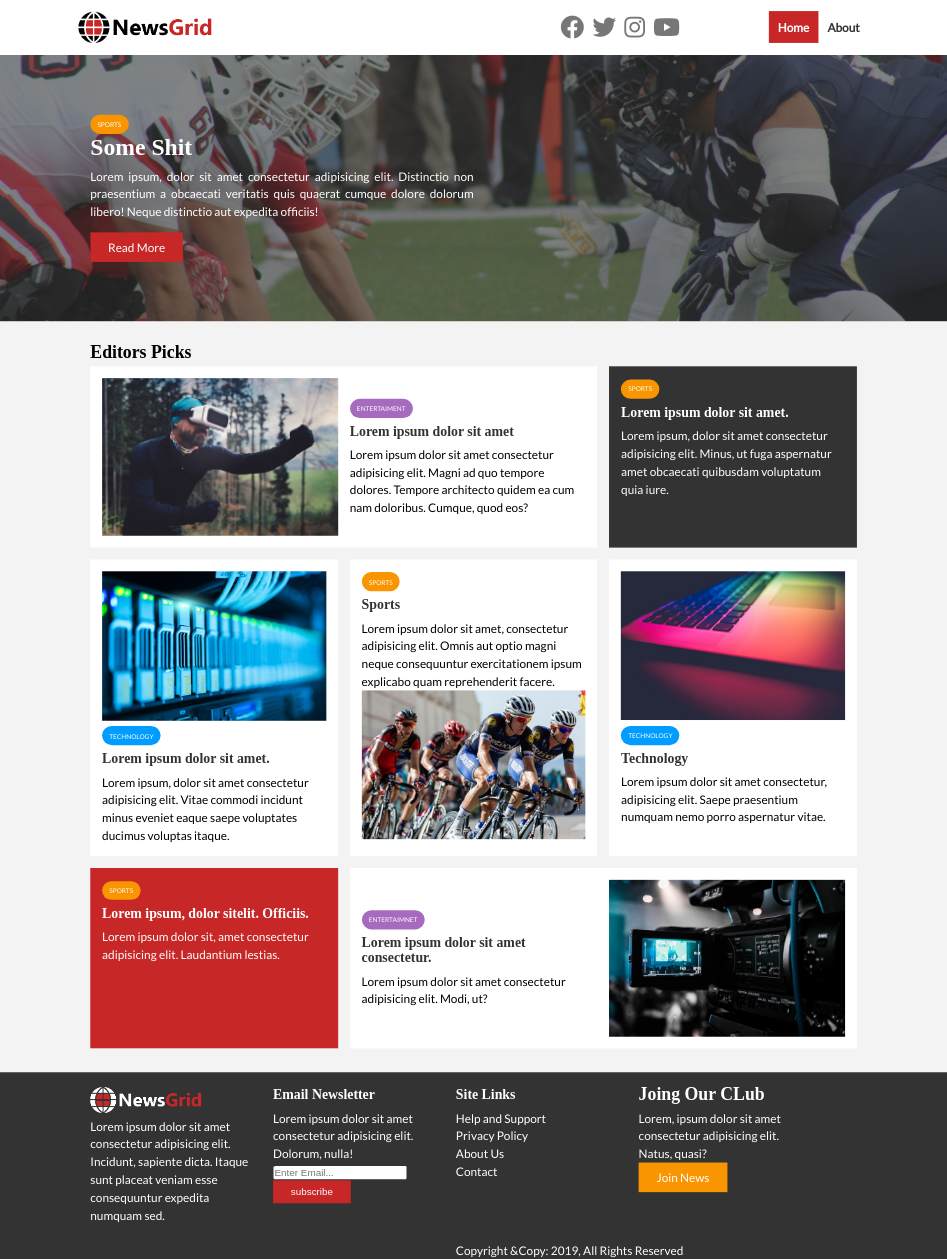
Repository: EswinGiova/NewsGrid
Page: index.html
An editor plug-in stored every save of this project. The page is shown before and after the next save, followed by the edit.
The browser window is 1280 px wide. The pictures show the whole page, at 74% of full size.
Some web libraries are served in a nearby version.

Above is the page before, as saved 2020-09-20 15:50:59.

### index.html
<!DOCTYPE html>
<html lang="en">
  <head>
    <meta charset="UTF-8" />
    <meta name="viewport" content="width=device-width, initial-scale=1.0" />
    <link rel="shortcut icon" type="image/x-icon" href="favicon.ico" />
    <link
      href="https://fonts.googleapis.com/css2?family=Lato&family=Staatliches&display=swap"
      rel="stylesheet"
    />
    <link rel="stylesheet" href="./css/style.css" />
    <link
      rel="stylesheet"
      media="screen and (max-width: 768px)"
      href="./css/mobile.css"
    />

    <link
      rel="stylesheet"
      href="https://cdnjs.cloudflare.com/ajax/libs/font-awesome/5.14.0/css/all.min.css"
      integrity="sha512-1PKOgIY59xJ8Co8+NE6FZ+LOAZKjy+KY8iq0G4B3CyeY6wYHN3yt9PW0XpSriVlkMXe40PTKnXrLnZ9+fkDaog=="
      crossorigin="anonymous"
    />

    <title>NewsGrid | Latest News</title>
  </head>
  <body>
    <nav id="main-nav">
      <div class="container">
        <img src="./image_resources/logo.png" alt="" class="logo" />
        <div class="social">
          <a href="#" target="_blank"><i class="fab fa-facebook fa-2x"></i></a>
          <a href="#" target="_blank"><i class="fab fa-twitter fa-2x"></i></a>
          <a href="#" target="_blank"><i class="fab fa-instagram fa-2x"></i></a>
          <a href="#" target="_blank"><i class="fab fa-youtube fa-2x"></i></a>
        </div>
        <ul>
          <li><a href="#" class="current">Home</a></li>
          <li><a href="#">About </a></li>
        </ul>
      </div>
    </nav>

    <header id="showcase">
      <div class="container">
        <div class="showcase-container">
          <div class="showcase-content">
            <div class="category category-sports">Sports</div>
            <h1>Some Shit</h1>
            <p>
              Lorem ipsum, dolor sit amet consectetur adipisicing elit.
              Distinctio non praesentium a obcaecati veritatis quis quaerat
              cumque dolore dolorum libero! Neque distinctio aut expedita
              officiis!
            </p>
            <a href="./article.html" class="btn btn-primary">Read More </a>
          </div>
        </div>
      </div>
    </header>
    <!-- Hombe articles -->

    <section id="home-articles" class="py-2">
      <div class="container">
        <h2>Editors Picks</h2>
        <div class="articles-container">
          <article class="card">
            <img src="./image_resources/articles/ent1.jpg" alt="" />
            <div>
              <div class="category category-ent">Entertaiment</div>
              <h3>
                <a href="./article.html">Lorem ipsum dolor sit amet</a>
              </h3>
              <p>
                Lorem ipsum dolor sit amet consectetur adipisicing elit. Magni
                ad quo tempore dolores. Tempore architecto quidem ea cum nam
                doloribus. Cumque, quod eos?
              </p>
            </div>
          </article>
          <article class="card bg-dark">
            <div class="category category-sports">Sports</div>
            <h3>
              <a href="./article.html">Lorem ipsum dolor sit amet.</a>
            </h3>
            <p>
              Lorem ipsum, dolor sit amet consectetur adipisicing elit. Minus,
              ut fuga aspernatur amet obcaecati quibusdam voluptatum quia iure.
            </p>
          </article>

          <article class="card">
            <img src="./image_resources/articles/tech1.jpg" alt="" />
            <div class="category category-tech">Technology</div>
            <h3><a href="./article.html">Lorem ipsum dolor sit amet.</a></h3>
            <p>
              Lorem ipsum, dolor sit amet consectetur adipisicing elit. Vitae
              commodi incidunt minus eveniet eaque saepe voluptates ducimus
              voluptas itaque.
            </p>
          </article>

          <article class="card">
            <div class="category category-sports">Sports</div>
            <h3>
              <a href="./article.html">Sports</a>
            </h3>
            <p>
              Lorem ipsum dolor sit amet, consectetur adipisicing elit. Omnis
              aut optio magni neque consequuntur exercitationem ipsum explicabo
              quam reprehenderit facere.
            </p>
            <img src="./image_resources/articles/sports1.jpg" alt="" />
          </article>

          <article class="card">
            <img src="./image_resources/articles/tech2.jpg" alt="" />
            <div class="category category-tech">Technology</div>
            <h3><a href="./article.html">Technology</a></h3>
            <p>
              Lorem ipsum dolor sit amet consectetur, adipisicing elit. Saepe
              praesentium numquam nemo porro aspernatur vitae.
            </p>
          </article>
          <article class="card bg-primary">
            <div class="category category-sports">Sports</div>
            <h3>
              <a href="./article.html">Lorem ipsum, dolor sitelit. Officiis.</a>
            </h3>
            <p>
              Lorem ipsum dolor sit, amet consectetur adipisicing elit.
              Laudantium lestias.
            </p>
          </article>

          <article class="card">
            <div>
              <div class="category category-ent">Entertaimnet</div>
              <h3>
                <a href="./article.html"
                  >Lorem ipsum dolor sit amet consectetur.</a
                >
              </h3>
              <p>
                Lorem ipsum dolor sit amet consectetur adipisicing elit. Modi,
                ut?
              </p>
            </div>
            <img src="./image_resources/articles/ent2.jpg" alt="" />
          </article>
        </div>
      </div>
    </section>
    <footer id="main-footer">
      <div class="container footer-container">
        <div>
          <img src="./image_resources/logo_light.png" alt="news" />
          <p>
            Lorem ipsum dolor sit amet consectetur adipisicing elit. Incidunt,
            sapiente dicta. Itaque sunt placeat veniam esse consequuntur
            expedita numquam sed.
          </p>
        </div>
        <div>
          <h3>Email Newsletter</h3>
          <p>
            Lorem ipsum dolor sit amet consectetur adipisicing elit. Dolorum,
            nulla!
          </p>
          <form>
            <input type="email" placeholder="Enter Email..." />
            <input type="submit" value="subscribe" class="btn btn-primary" />
          </form>
        </div>
        <div>
          <h3>Site Links</h3>
          <ul class="list">
            <li><a href="#">Help and Support</a></li>
            <li><a href="#">Privacy Policy</a></li>
            <li><a href="#">About Us</a></li>
            <li><a href="#">Contact</a></li>
          </ul>
        </div>
        <div>
          <h2>Joing Our CLub</h2>
          <p>
            Lorem, ipsum dolor sit amet consectetur adipisicing elit. Natus,
            quasi?
          </p>
          <a href="#" class="btn btn-secondary">Join News</a>
        </div>
        <div>
          <p>Copyright &Copy: 2019, All Rights Reserved</p>
        </div>
      </div>
    </footer>
  </body>
</html>

### css/style.css
:root {
  --primary-color: #c72727;
  --secondary-color: #f99500;
  --light-color: #f3f3f3;
  --dark-color: #333;
  --max-width: 1100px;
}

.category {
  --sports-color: #f99500;
  --ent-color: #a66bbe;
  --tech-color: #009cff;
}
* {
  margin: 0;
  padding: 0;
  box-sizing: border-box;
}
body {
  font-family: 'Lato', sans-serif;
  line-height: 1.5;
  background: var(--light-color);
}

a {
  color: var(--dark-color);
  text-decoration: none;
}

ul {
  list-style: none;
}

img {
  width: 100%;
}

h1,
h2,
h3,
h4,
h5,
h6 {
  font-family: 'Staaliches', cursive;
  margin-bottom: 0.55rem;
  line-height: 1.3rem;
}

/*  utility class */

.container {
  max-width: var(--max-width);
  margin: auto;
  padding: 0 2rem;
  overflow: hidden;
}

/* category */

.category {
  display: inline-block;
  color: #fff;
  font-size: 0.55rem;
  text-transform: uppercase;
  padding: 0.4rem 0.6rem;
  border-radius: 15px;
  margin-bottom: 0.5rem;
}

.category-sports {
  background: var(--sports-color);
}
.category-ent {
  background: var(--ent-color);
}
.category-tech {
  background: var(--tech-color);
}

/* btn */

.btn {
  display: inline-block;
  border: none;
  background: var(--dark-color);
  color: #fff;
  padding: 0.5rem 1.5rem;
}

.btn-light {
  background: var(--light-color);
}
.btn-primary {
  background: var(--primary-color);
}
.btn-secondary {
  background: var(--secondary-color);
}
.btn:hover {
  opacity: 0.8;
}

.btn-block {
  display: block;
  width: 100%;
  text-align: center;
}

/* cards */

.card {
  background: white;
  padding: 1rem;
}

.bg-dark {
  background: var(--dark-color);
  color: white;
}
.bg-primary {
  background: var(--primary-color);
  color: white;
}
.bg-secondary {
  background: var(--secondary-color);
  color: #fff;
}
.py-1 {
  padding: 1.5rem 0;
}
.py-2 {
  padding: 2rem 0;
}
.py-3 {
  padding: 3rem 0;
}
.p-1 {
  padding: 1.5rem;
}
.p-2 {
  padding: 2rem;
}
.p-3 {
  padding: 3rem;
}

.bg-dark h1,
.bg-dark h2,
.bg-dark h3,
.bg-dark a,
.bg-primary h1,
.bg-primary h2,
.bg-primary h3,
.bg-primary a,
.bg-secondary h1,
.bg-secondary h2,
.bg-secondary h3,
.bg-secondary a {
  color: #fff;
}

/* Navigation */
#main-nav {
  background: #fff;
  position: sticky;
  top: 0;
  z-index: 2;
}

#main-nav .container {
  display: grid;
  grid-template-columns: 6fr 3fr 2fr;
  padding: 1rem;
  align-items: center;
}

#main-nav .logo {
  width: 180px;
}

#main-nav ul {
  display: flex;
  justify-self: end;
}

#main-nav ul li a {
  padding: 0.77rem;
  font-weight: bold;
}

#main-nav ul li .current {
  background: var(--primary-color);
  color: white;
}

#main-nav ul li .current:hover {
  background: var(--light-color);
  color: var(--dark-color);
}
#main-nav .social {
  justify-self: center;
}

#main-nav .social i {
  color: #777;
  margin-left: 0.5rem;
}

/* showcase */
#showcase {
  background: #333;
  color: #fff;
  position: relative;
}

#showcase:before {
  content: '';
  background: url('../image_resources/featured.jpg') center center/cover;
  position: absolute;
  top: 0;
  left: 0;
  width: 100%;
  height: 100%;
  opacity: 0.4;
}
#showcase .showcase-container {
  height: 50vh;
  display: grid;
  grid-template-columns: repeat(2, 1fr);
  justify-content: center;
  align-content: center;
}
#showcase .showcase-container .showcase-content {
  z-index: 2;
  text-align: justify;
}
#showcase .showcase-container .showcase-content p {
  margin: 1rem 0;
}
/* Home Articles  */

#home-articles .articles-container {
  display: grid;
  grid-template-columns: repeat(3, 1fr);
  grid-gap: 1rem;
}

#home-articles .articles-container > *:first-child,
#home-articles .articles-container > *:last-child {
  display: grid;
  grid-template-columns: repeat(2, 1fr);
  grid-column: 1 / span 2;
  grid-gap: 1rem;
  align-items: center;
}
#home-articles .articles-container > *:last-child {
  grid-column: 2 / span 2;
}

/* footer */
#main-footer {
  background: var(--dark-color);
  color: #fff;
}

#main-footer img {
  width: 150px;
}

#main-footer a {
  color: #fff;
}

#main-footer .footer-container {
  display: grid;
  grid-template-columns: repeat(4, 1fr);
  grid-gap: 1.5rem;
  padding-top: 20px;
}

#main-footer .footer-container > *:last-child {
  grid-column: 3 / span 5;
}

Loaded but not shown: css/mobile.css (no copy from this time; the picture is the same without it)

After the next save:
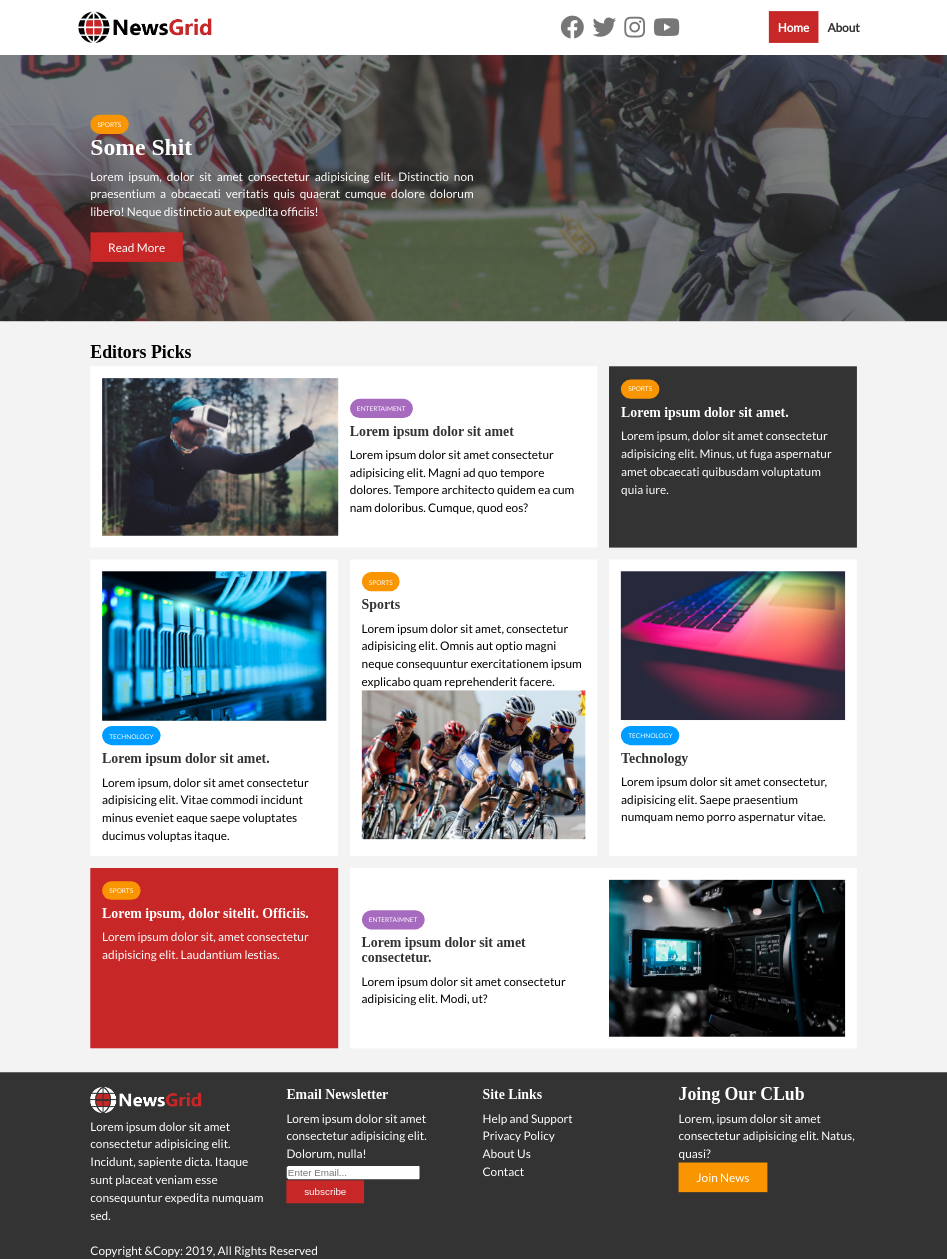
Saved 14 s later.
--- a/css/style.css
+++ b/css/style.css
@@ -279,5 +279,5 @@ h6 {
 }
 
 #main-footer .footer-container > *:last-child {
-  grid-column: 3 / span 5;
-}
+  grid-column: 1 / span 4;
+}
